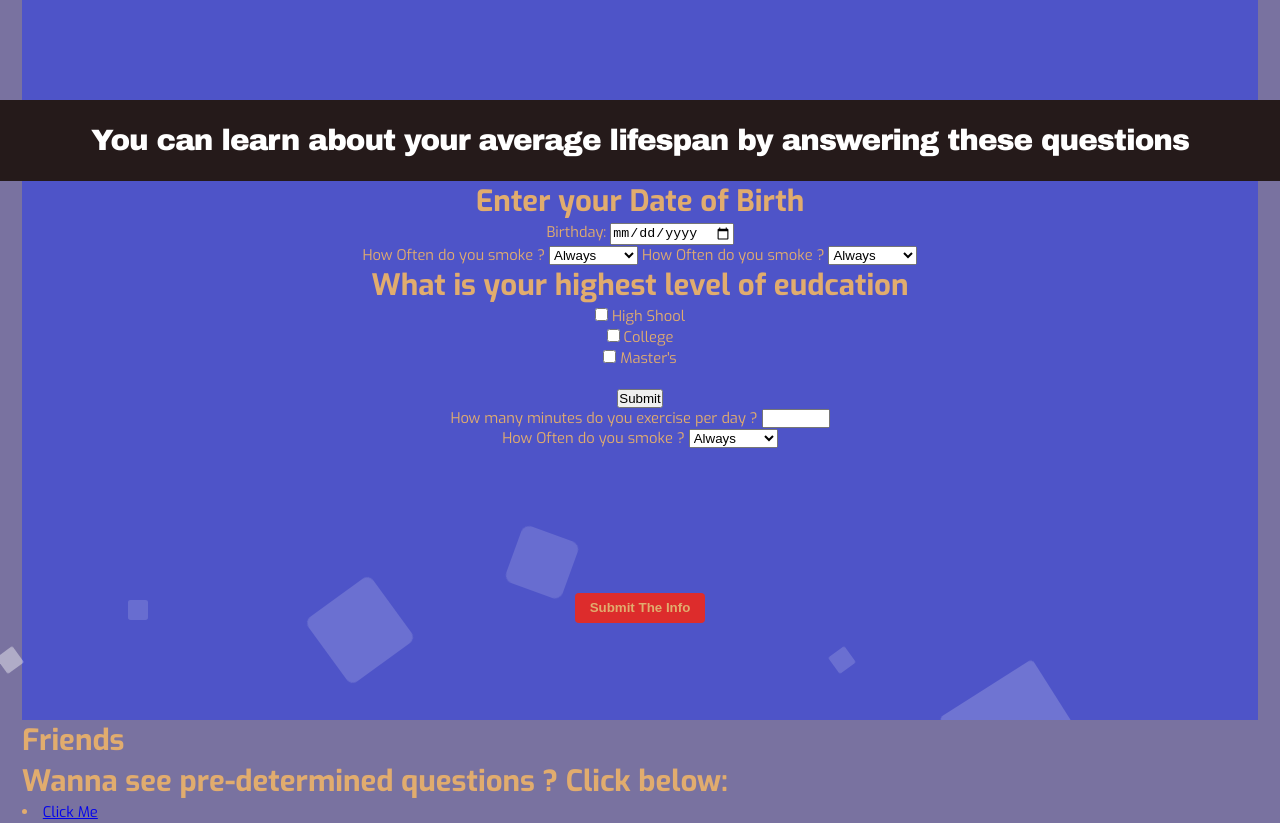
Repository: navid-amini12/capstone-1
Page: wordgame.html
These files come from the project's save history. The page is drawn as it stood at one moment and after the next save; the edit follows.
The browser window is 1280 px wide. The pictures show the whole page.
Some web fonts or font styles are not loaded; a fallback is used.

Above is the page before, as saved 2022-05-27 23:02:19.

### wordgame.html

<link rel="stylesheet" type="text/css" href="cssfiles/quiz.css">



  <div class="context">

</div>


<div class="area" >

        <ul class="circles">

                <li></li>
                <li></li>
                <li></li>
                <li></li>
                <li></li>
                <li></li>
                <li></li>
                <div id = "game">  <h2>You can learn about your average lifespan by answering these questions </h1><h1>Enter your Date of Birth</h1>

                  <form action="/action_page.php">
                    <label for="birthday">Birthday:</label>
                    <input type="date" id="birthday" name="birthday">

                  </form>

              <label for="cars">How Often do you smoke ?</label>

              <select id="questions">
                <option value="volvo">Always</option>
                <option value="saab">Often</option>
                <option value="opel">Sometimes</option>
                <option value="audi">Rarely</option>
                <option value="audi">Never</option>
              </select>

              <label for="cars">How Often do you smoke ?</label>

              <select id="questions">
                <option value="volvo">Always</option>
                <option value="saab">Often</option>
                <option value="opel">Sometimes</option>
                <option value="audi">Rarely</option>
                <option value="audi">Never</option>
              </select>

              <h1>What is your highest level of eudcation</h1>

              <form action="/action_page.php">
                <input type="checkbox" id="vehicle1" name="vehicle1" value="Bike">
                <label for="vehicle1"> High Shool</label><br>
                <input type="checkbox" id="vehicle2" name="vehicle2" value="Car">
                <label for="vehicle2"> College</label><br>
                <input type="checkbox" id="vehicle3" name="vehicle3" value="Boat">
                <label for="vehicle3"> Master's</label><br><br>
                <input type="submit" value="Submit">
              </form>

              <form>
                  <label for="quantity">How many minutes do you exercise per day ? </label>
                  <input type="number" id="quantity" name="quantity" min="0" max="1000">
                </form>




              <label for="cars">How Often do you smoke ?</label>

              <select id="questions">
                <option value="volvo">Always</option>
                <option value="saab">Often</option>
                <option value="opel">Sometimes</option>
                <option value="audi">Rarely</option>
                <option value="audi">Never</option>
              </select>
              <br>
              <br>
              <br>
              <br>
              <br>
              <br>
              <br>
              <br>
              <button id = "submitInfo">Submit The Info</button>
                  <li></li>
                  <li></li>
                  <li></li>

          </ul>
  </div >

     </div>

<head>
  <link rel="stylesheet" href="cssfiles/Life.css">
  </head>




  <body class="container">
    <h1>Friends</h1>
    <ul id="people" class=""></ul>


    <script src="https://unpkg.com/axios/dist/axios.min.js"></script>
    <script>

      document.getElementById("submitInfo").onclick = function () {
        axios
          .get("http://localhost:4000/api/quiz")
          .then(function (response) {
            const data = response.data;
            document.getElementById("people").innerHTML = data
              .map(function (person) {
                return '<li class="row">' + person;
              })
              .join("");
          })
          .catch(function (err) {
            document.getElementById("people").innerHTML =
              '<li class="text-danger">' + err.message + "</li>";
          });
      };
    </script>
  </body>
</html>
  <h1>Wanna see pre-determined questions ? Click below:</h1>
  <li><a href="questions.html">Click Me</a></li>

### cssfiles/quiz.css
@import url('https://rsms.me/inter/inter.css');

:root {
  --color-light: rgb(121, 114, 160);
  --color-dark: #e1ac6e;
  --color-signal: #dd2c2c;

  --color-background: var(--color-light);
  --color-text: var(--color-dark);
  --color-accent: var(--color-signal);

  --size-bezel: .5rem;
  --size-radius: 4px;

  line-height: 1.4;

  font-family: 'Inter', sans-serif;
  font-size: calc(.6rem + .4vw);
  color: var(--color-text);
  background: var(--color-background);
  font-weight: 300;
  padding: 0 calc(var(--size-bezel) * 3);
}





.card {
  background: var(--color-background);
  padding: calc(4 * var(--size-bezel));
  margin-top: calc(4 * var(--size-bezel));
  border-radius: var(--size-radius);
  border: 3px solid var(--color-shadow, currentColor);
  box-shadow: .5rem .5rem 0 var(--color-shadow, currentColor);




}


.l-design-widht {
  max-width: 40rem;
  padding: 2rem;
}

.input {
  position: relative;
}
.button-group {
  margin-top: 30px
}
button {
  color: currentColor;
  padding: var(--size-bezel) calc(var(--size-bezel) * 2);
  background: var(--color-accent);
  border: none;
  border-radius: var(--size-radius);
  font-weight: 900;
}


.icon {
  display: inline-block;
  height: 0em;
  margin-right: .5em;
}

### cssfiles/Life.css
@import url('https://fonts.googleapis.com/css?family=Exo:400,700');

*{
    margin: 0px;
    padding: 0px;
}

body{
    font-family: 'Exo', sans-serif;
}


.context {
    width: 100%;
    position: absolute;
    top:50vh;

}

.context h1{
    text-align: center;
    color: #fff;
    font-size: 50px;
}


.area{
    background: #4e54c8;
    background: -webkit-linear-gradient(to left, #8f94fb, #4e54c8);
    width: 100%;
    height:100vh;


}

.circles{
    position: absolute;
    top: 0;
    left: 0;
    width: 100%;
    height: 100%;
    overflow: hidden;
}

.circles li{
    position: absolute;
    display: block;
    list-style: none;
    width: 20px;
    height: 20px;
    background: rgba(255, 255, 255, 0.2);
    animation: animate 25s linear infinite;
    bottom: -150px;

}

.circles li:nth-child(1){
    left: 25%;
    width: 80px;
    height: 80px;
    animation-delay: 0s;
}


.circles li:nth-child(2){
    left: 10%;
    width: 20px;
    height: 20px;
    animation-delay: 2s;
    animation-duration: 12s;
}

.circles li:nth-child(3){
    left: 70%;
    width: 20px;
    height: 20px;
    animation-delay: 4s;
}

.circles li:nth-child(4){
    left: 40%;
    width: 60px;
    height: 60px;
    animation-delay: 0s;
    animation-duration: 18s;
}

.circles li:nth-child(5){
    left: 65%;
    width: 20px;
    height: 20px;
    animation-delay: 0s;
}

.circles li:nth-child(6){
    left: 75%;
    width: 110px;
    height: 110px;
    animation-delay: 3s;
}

.circles li:nth-child(7){
    left: 35%;
    width: 150px;
    height: 150px;
    animation-delay: 7s;
}

.circles li:nth-child(8){
    left: 50%;
    width: 25px;
    height: 25px;
    animation-delay: 15s;
    animation-duration: 45s;
}

.circles li:nth-child(9){
    left: 20%;
    width: 15px;
    height: 15px;
    animation-delay: 2s;
    animation-duration: 35s;
}

.circles li:nth-child(10){
    left: 85%;
    width: 150px;
    height: 150px;
    animation-delay: 0s;
    animation-duration: 11s;
}



@keyframes animate {

    0%{
        transform: translateY(0) rotate(0deg);
        opacity: 1;
        border-radius: 0;
    }

    100%{
        transform: translateY(-1000px) rotate(720deg);
        opacity: 0;
        border-radius: 50%;
    }

}
#game {
    padding-top: 100px;
    text-align:center;

}
h2{
    padding:  20px;
    font-family: "Arial Black", sans-serif;
    font-size: 2em;
    letter-spacing: -1px;
    background-color: rgb(37, 26, 26);
    color: white;
   }

After the next save:
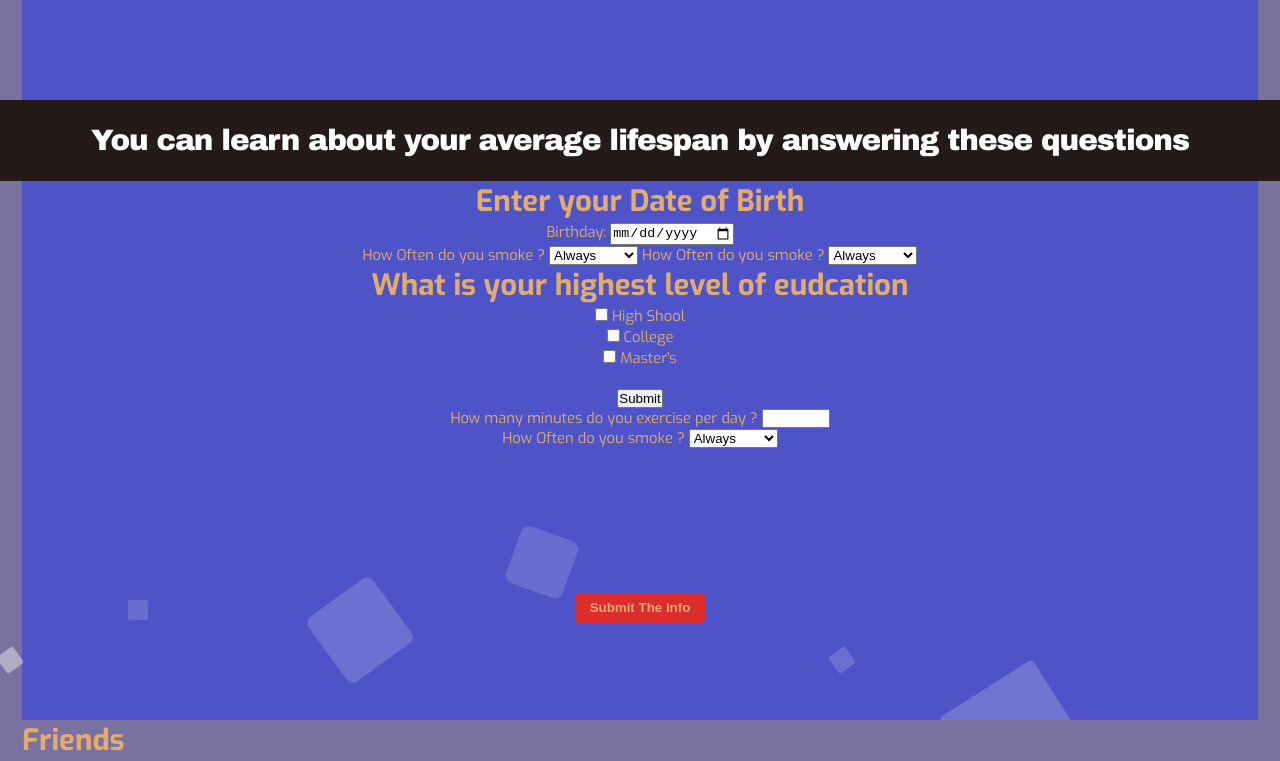
Saved 15 s later.
--- a/wordgame.html
+++ b/wordgame.html
@@ -128,5 +128,3 @@
     </script>
   </body>
 </html>
-  <h1>Wanna see pre-determined questions ? Click below:</h1>
-  <li><a href="questions.html">Click Me</a></li>
